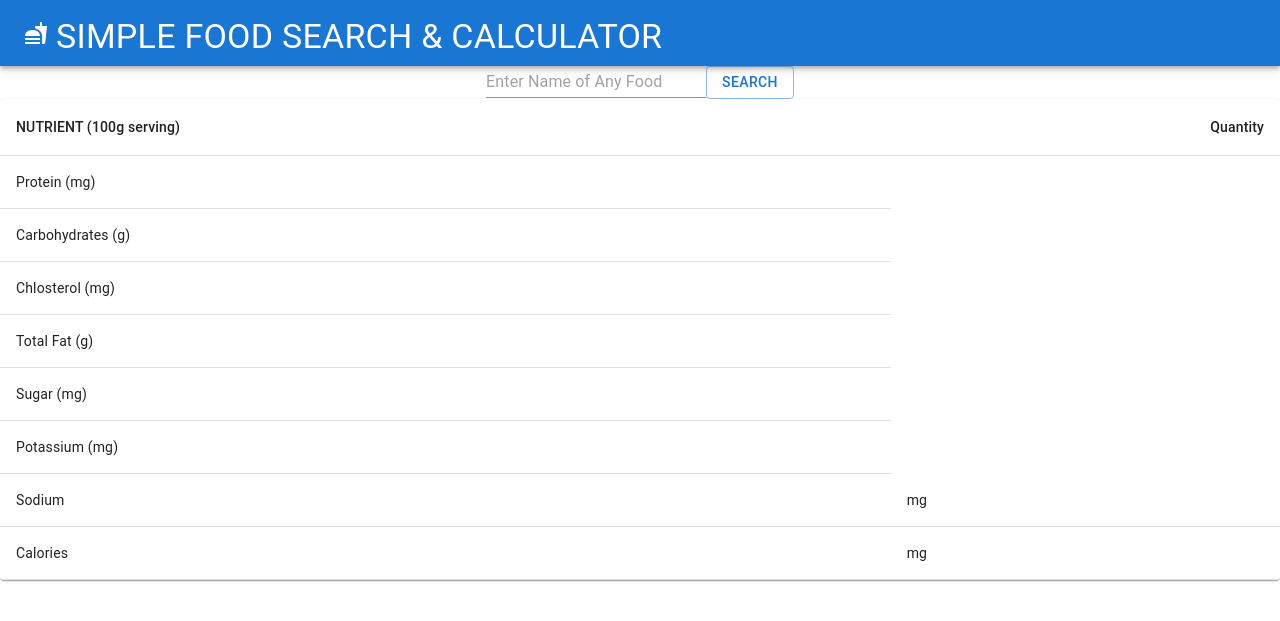
Repository: Mikerr21/Diet-Nutrition-API
Page: /
These files come from the project's save history. The page is drawn as it stood at one moment and after the next save; the edit follows.
The browser window is 1280 px wide. The pictures show the whole page.
The project was rebuilt for these pictures with package versions that can differ from the ones it lists, and the page was loaded fresh each time.

Above is the page before, as saved 2022-09-21 15:45:23.

After the next save:
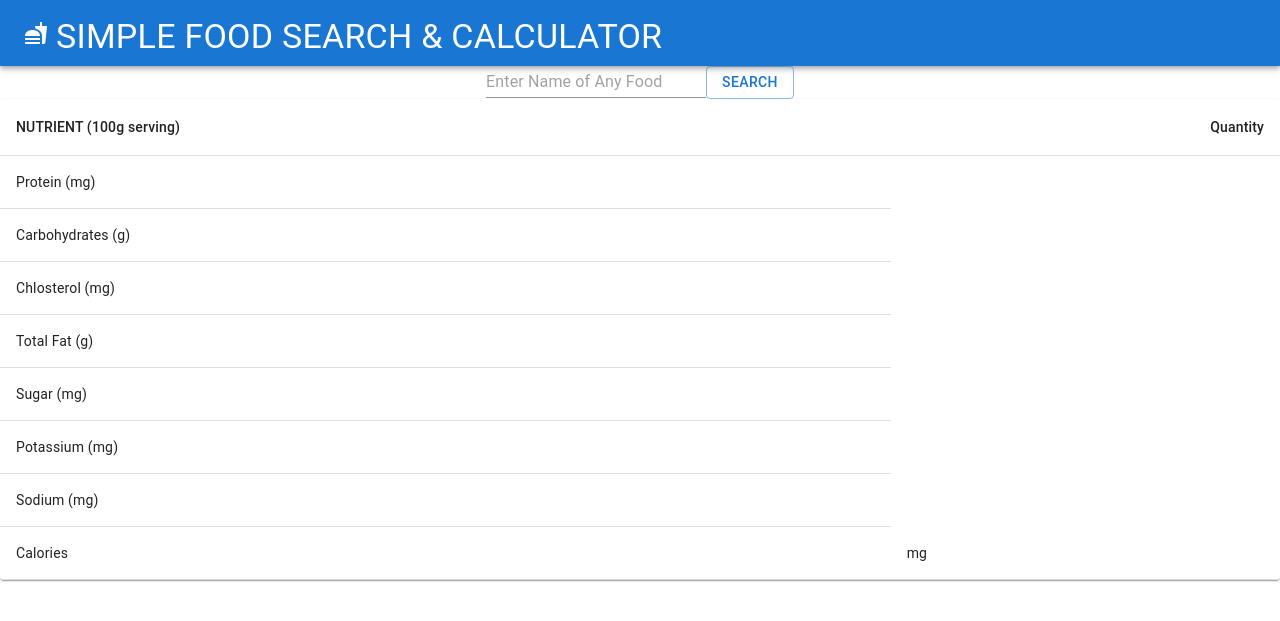
Saved 6 s later.
--- a/src/App.js
+++ b/src/App.js
@@ -135,10 +135,7 @@ function App() {
 								</TableRow>
                 <TableRow>
 									<TableCell>
-										Sodium
-									</TableCell>
-									<TableCell>
-										 mg
+										Sodium (mg)
 									</TableCell>
 								</TableRow>
         <TableRow>
